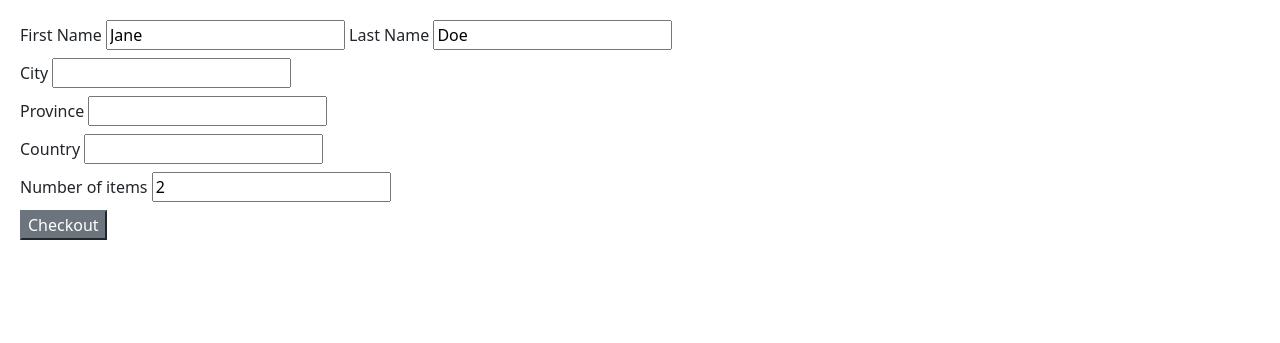
Repository: Flatbook/sliced_bread
Page: http://localhost/checkout
An editor plug-in stored every save of this project. The page is shown before and after the next save, followed by the edit.
The browser window is 1280 px wide. The pictures show the whole page.
Some web libraries are served in a nearby version. The page is served by the project's application, run on Flask 3 (app.py).

Above is the page before, as saved 2021-05-16 19:10:52.

After the next save:
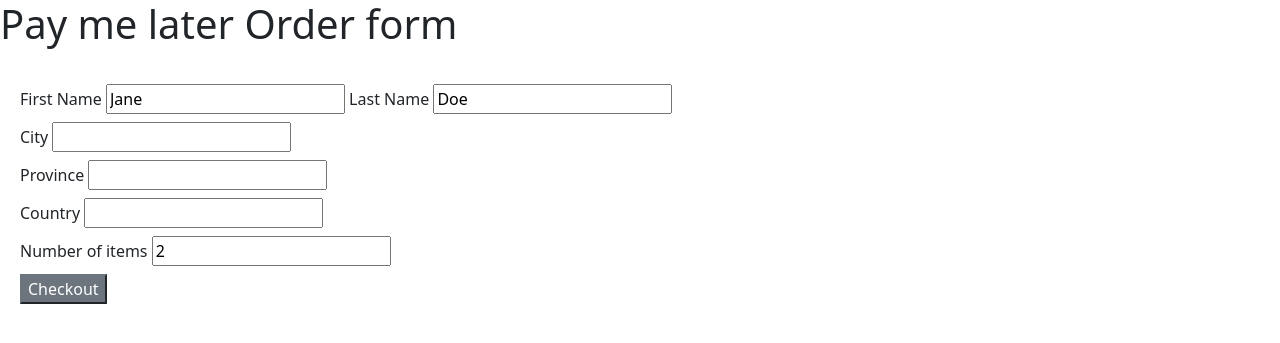
Saved 28 min 37 s later.
--- a/flask_project/templates/checkout.html
+++ b/flask_project/templates/checkout.html
@@ -2,6 +2,7 @@
 {% block content %}
 
 <!-- Builds the input form  -->
+<p class="display-6">Pay me later Order form</p>
 <form method="POST" action="{{ url_for('checkout')}}" style="padding: 20px 20px;">
 	{{ form. csrf_token }}
 	{{ form.name.label(class ="form-label")}}
